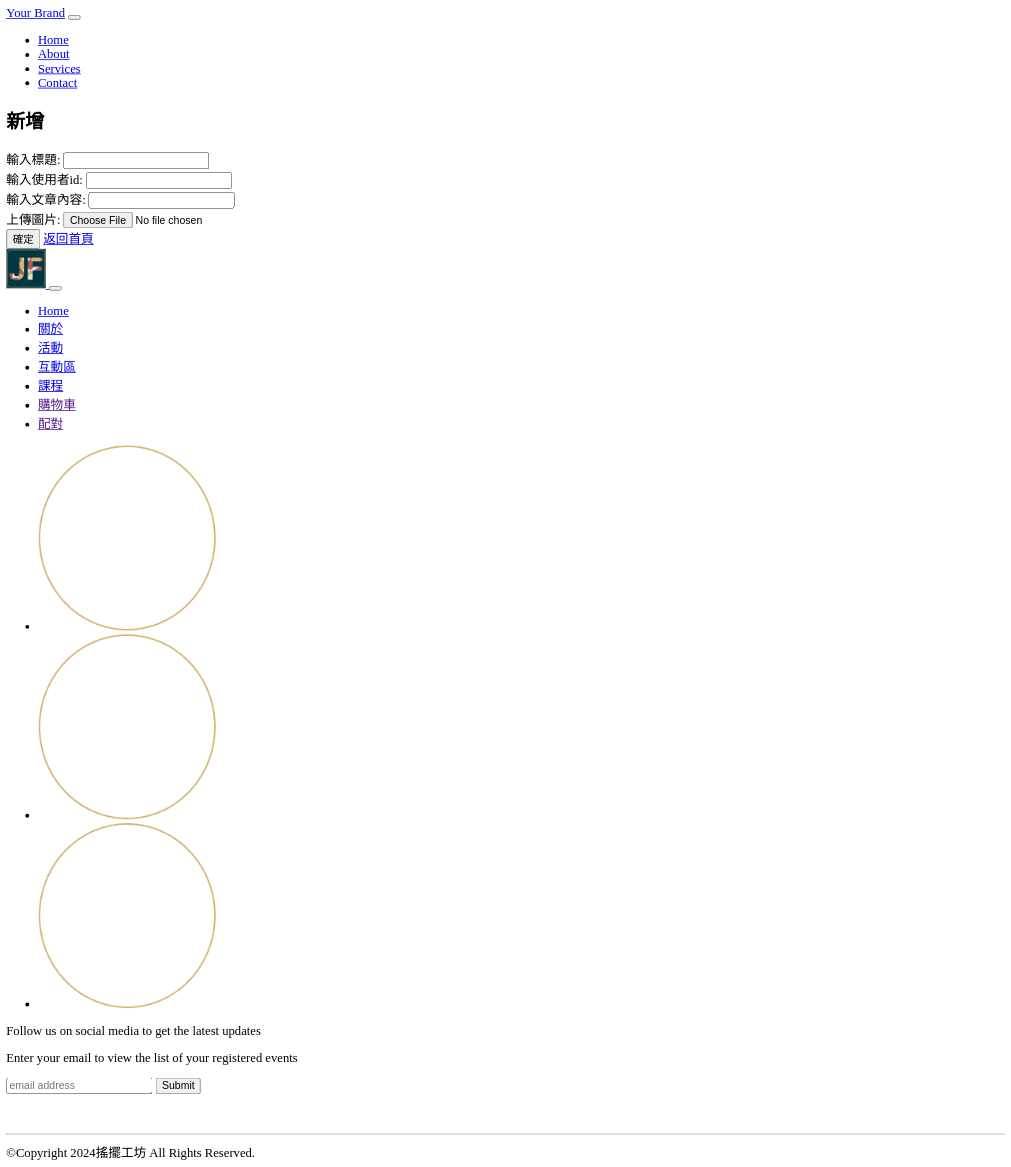
Repository: mmmooonnn0211/project
Page: workspace/demoSpringBoot-1/src/main/resources/static/html/LTInsertFront.html
An editor plug-in stored every save of this project. The page is shown before and after the next save, followed by the edit.
The browser window is 1280 px wide. The pictures show the whole page, at 79% of full size.
Some web libraries are served in a nearby version.

Above is the page before, as saved 2024-05-06 19:21:12.

After the next save:
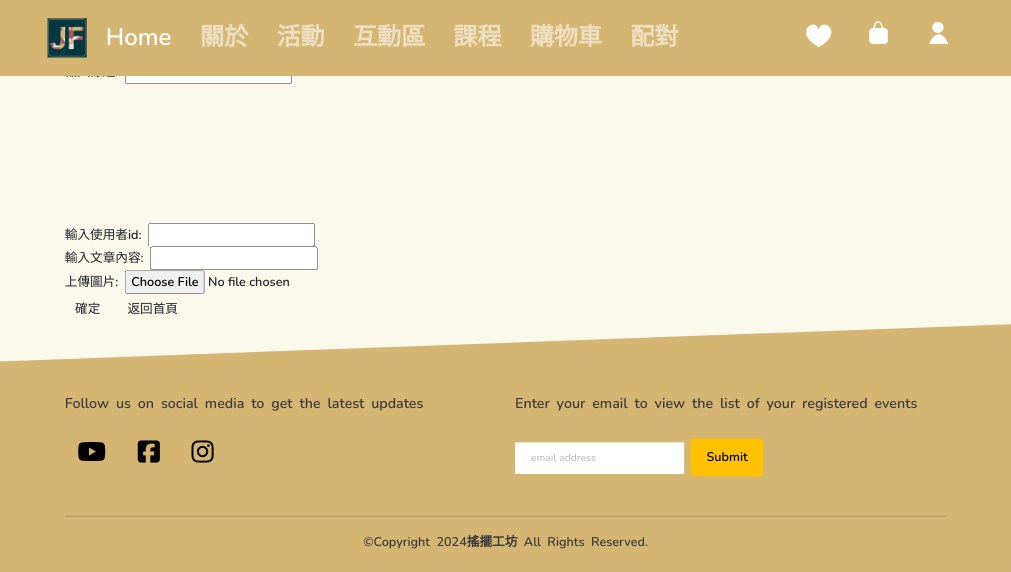
Saved 24 s later.
--- a/workspace/demoSpringBoot-1/src/main/resources/static/html/LTInsertFront.html
+++ b/workspace/demoSpringBoot-1/src/main/resources/static/html/LTInsertFront.html
@@ -2,6 +2,23 @@
 <html>
 
 <head>
+	<meta charset="UTF-8">
+	<title>Insert title here</title>
+	<script src="https://cdn.jsdelivr.net/npm/sweetalert2@11"></script>
+
+	<link href="https://cdn.jsdelivr.net/npm/bootstrap@5.0.0-beta3/dist/css/bootstrap.min.css" rel="stylesheet"
+		integrity="sha384-eOJMYsd53ii+scO/bJGFsiCZc+5NDVN2yr8+0RDqr0Ql0h+rP48ckxlpbzKgwra6" crossorigin="anonymous">
+	<script src="https://kit.fontawesome.com/4287c80df9.js" crossorigin="anonymous"></script>
+
+	<!--Google Font : Nunito-->
+	<link rel="preconnect" href="https://fonts.gstatic.com">
+	<link href="https://fonts.googleapis.com/css2?family=Nunito:wght@600&display=swap" rel="stylesheet">
+
+	<!-- For style(All CSS content) -->
+	<link rel="stylesheet" type="text/css" href="../styles/home.css" />
+	<link rel="stylesheet" type="text/css" href="../styles/footer.css" />
+	<link rel="stylesheet" type="text/css" href="../styles/navbar.css" />
+	<link rel="icon" href="images/favicon.ico">
 
 	<!-- JS Bundle for BS  -->
 	<script src="https://cdn.jsdelivr.net/npm/popper.js@1.16.1/dist/umd/popper.min.js"
@@ -11,26 +28,6 @@
 </head>
 
 <body>
-	<!-- navbar -->
-	<nav class="navbar navbar-expand-lg navbar-dark bg-dark fixed-top">
-		<div class="container-fluid">
-			<a class="navbar-brand" href="#">Your Brand</a>
-			<button class="navbar-toggler" type="button" data-bs-toggle="collapse" data-bs-target="#navbarNav"
-				aria-controls="navbarNav" aria-expanded="false" aria-label="Toggle navigation">
-				<span class="navbar-toggler-icon"></span>
-			</button>
-			<div class="collapse navbar-collapse" id="navbarNav">
-				<ul class="navbar-nav ms-auto">
-					<li class="nav-item"><a class="nav-link active" aria-current="page" href="#">Home</a></li>
-					<li class="nav-item"><a class="nav-link" href="#">About</a></li>
-					<li class="nav-item"><a class="nav-link" href="#">Services</a>
-					</li>
-					<li class="nav-item"><a class="nav-link" href="#">Contact</a>
-					</li>
-				</ul>
-			</div>
-		</div>
-	</nav>
 	<div class="container">
 		<h2>新增</h2>
 		<form method="post" action="/LTinsertFront.controller" enctype="multipart/form-data"
